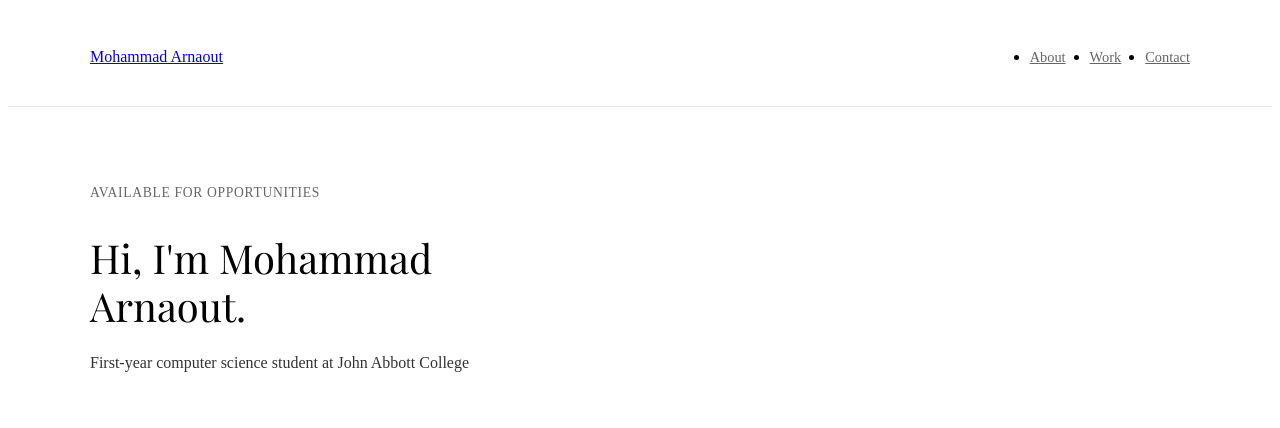
Repository: Moh-Arna/Moh-Arna
Page: index.html
These files come from the project's save history. The page is drawn as it stood at one moment and after the next save; the edit follows.
The browser window is 1280 px wide. The pictures show the whole page.
Some web fonts or font styles are not loaded; a fallback is used.

Above is the page before, as saved 2026-04-22 10:05:35.

### index.html
<!DOCTYPE html>
<html lang=""en>
<head>
  <meta charset="UTF-8">
  <meta name="viewport" content="width=device-width, initial-scale=1.0">
  <title>[Mohammad Arnaout] — Portfolio</title>

  <link rel="stylesheet" href="styles/globals.css">
  <link rel="stylesheet" href="styles/index.css">
</head>

<body>

    <header class="header">

    <div class="container header-inner">

        <a href="/" class="name">Mohammad Arnaout</a>

        <nav aria-label="Main Navigation">

            <ul class="nav">

                <li>
                    <a href="#about">About</a>
                </li>

                <li>
                    <a href="#work">Work</a>
                </li>

                <li>
                    <a href="#contact">Contact</a>
                </li>

            </ul>

        </nav>

    </div>

</header>

<main>

    <section class="hero">

        <div class="container">
            <p class="top-paragraph">Available for opportunities</p>
            <h1>Hi, I'm Mohammad Arnaout.</h1>
            <p class="bottom-paragraph">First-year computer science student at John Abbott College</p>
        </div>

    </section>


</main>

</body>

</html>

### styles/globals.css
@font-face {
  font-family: 'Playfair Display';
  src: url('../assets/fonts/Playfair_Display/PlayfairDisplay-VariableFont_wght.ttf') format('woff2');
  font-weight: 400;
  font-style: normal;
  font-display: swap;
}

@font-face {
  font-family: 'Playfair Display';
  src: url('../assets/fonts/Playfair_Display/PlayfairDisplay-Italic-VariableFont_wght.ttf') format('woff2');
  font-weight: 400;
  font-style: italic;
  font-display: swap;
}

@font-face {
  font-family: 'Inter';
  src: url('../assets/fonts/Inter\,Playfair_Display\,SN_Pro/Inter-VariableFont_opsz,wght') format('woff2');
  font-weight: 400;
  font-style: normal;
  font-display: swap;
}

@font-face {
  font-family: 'Inter';
  src: url('../assets/fonts/Inter\,Playfair_Display\,SN_Pro/Inter-Italic-VariableFont_opsz,wght') format('woff2');
  font-weight: 500;
  font-style: normal;
  font-display: swap;
}

:root{
    --bg:#fafafa;
    --text: #111;
    --muted: #666;
    --border: #e5e5e5;
}

body{
    font-family: '';
}

h1, h2, h3{
    font-family: 'PlayFair Display', serif;
    font-weight: 400;
    line-height: 1.2;
}

.container{
    max-width: 1100px;
    margin: 0 auto;
    padding: 0 1.5rem;
}

### styles/index.css
.header{
    padding: 1.5rem 0;
    border-bottom: 1px solid var(--border);
}

.header-inner{
    display: flex;
    justify-content: space-between;
    align-items: center;
}

.nav{
    display: flex;
    gap: 1.5rem;
}

.nav a{
    color: var(--muted);
    font-size: 0.9rem;
}

.nav a:hover{
    color: var(--text);
}


.hero {
    padding: 4rem 0.5rem;
}

.top-paragraph{
    font-size: 0.85rem;
    color: var(--muted);
    text-transform: uppercase;
    letter-spacing: 0.05em;
    margin-bottom: 1.5rem;
}

.hero h1{
    font-size: 2.5rem;
    margin-bottom: 1.5rem;
    max-width: 18ch;
}

.bottom-paragraph{
    color: #333;
    max-width: 50ch;
}

After the next save:
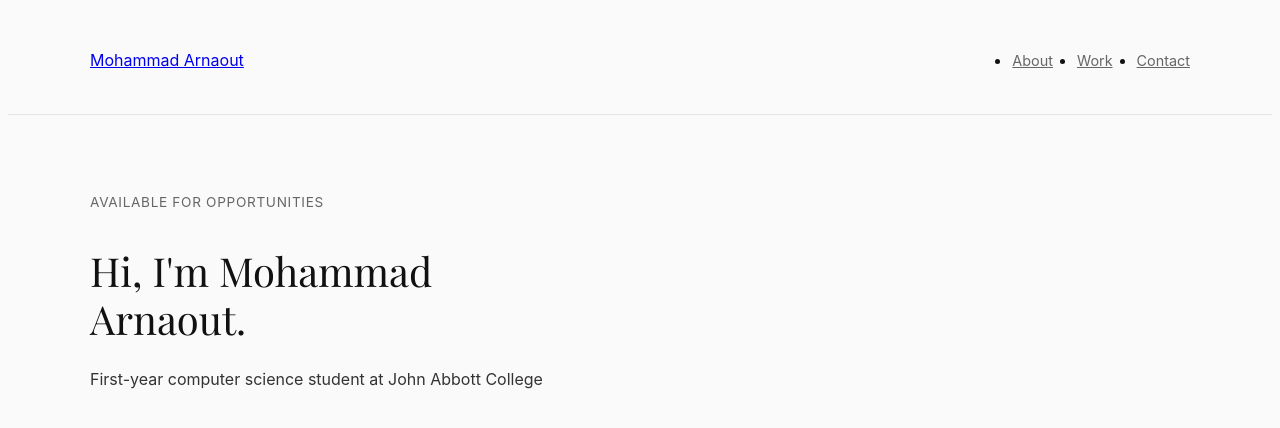
Saved 2 min 36 s later.
--- a/styles/globals.css
+++ b/styles/globals.css
@@ -16,7 +16,7 @@
 
 @font-face {
   font-family: 'Inter';
-  src: url('../assets/fonts/Inter\,Playfair_Display\,SN_Pro/Inter-VariableFont_opsz,wght') format('woff2');
+  src: url('../assets/fonts/Inter/Inter-VariableFont_opsz\,wght.ttf') format('woff2');
   font-weight: 400;
   font-style: normal;
   font-display: swap;
@@ -24,7 +24,7 @@
 
 @font-face {
   font-family: 'Inter';
-  src: url('../assets/fonts/Inter\,Playfair_Display\,SN_Pro/Inter-Italic-VariableFont_opsz,wght') format('woff2');
+  src: url('../assets/fonts/Inter/Inter-Italic-VariableFont_opsz\,wght.ttf') format('woff2');
   font-weight: 500;
   font-style: normal;
   font-display: swap;
@@ -38,7 +38,10 @@
 }
 
 body{
-    font-family: '';
+    font-family: 'Inter', sans-serif;
+    background-color: var(--bg);
+    color: var(--text);
+    line-height: 1.6;
 }
 
 h1, h2, h3{
